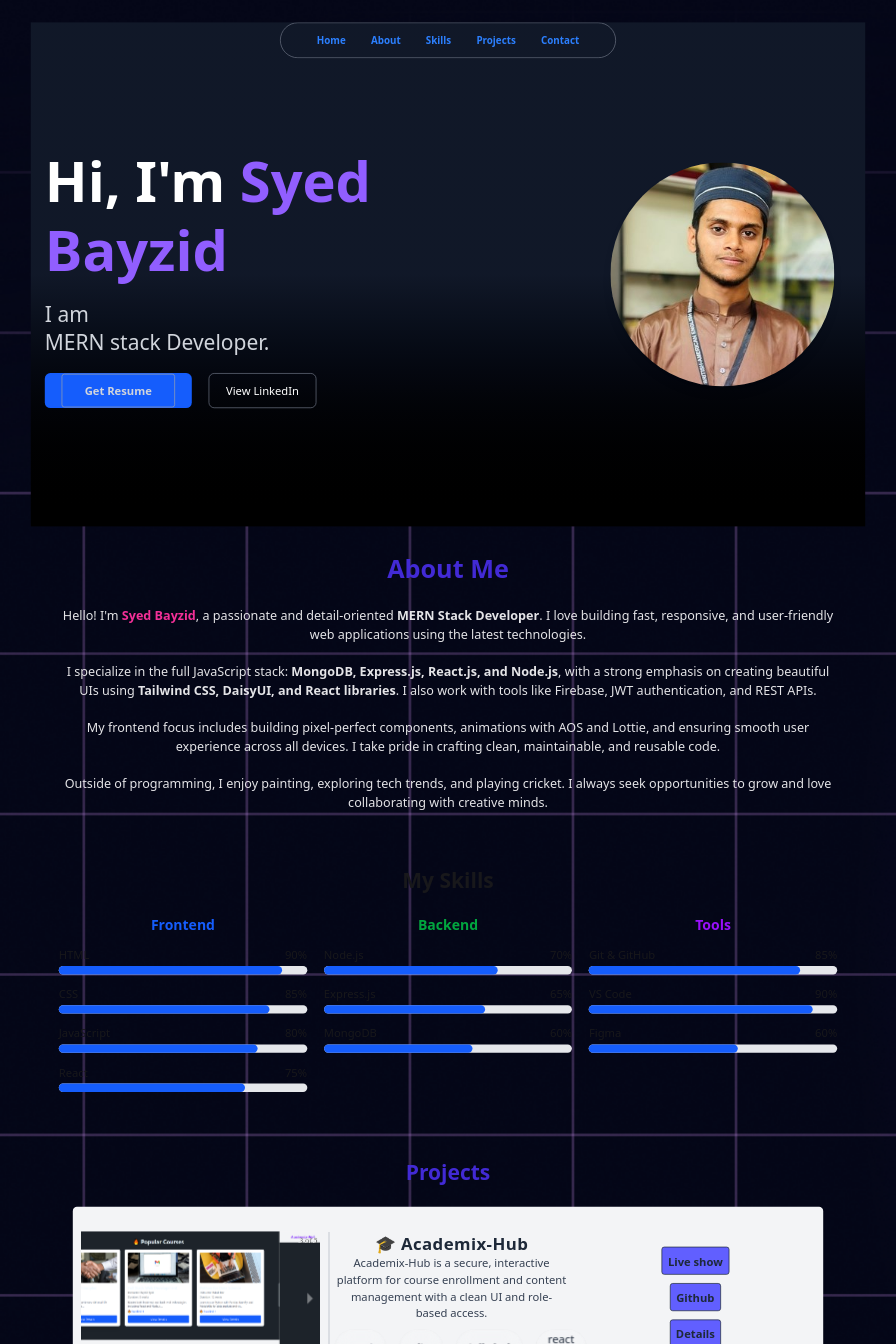
Repository: syedbayzid82849/syed-bayzid
Page: /
These files come from the project's save history. The page is drawn as it stood at one moment and after the next save; the edit follows.
The browser window is 1280 px wide. The pictures show the part of the page from y = 0 to 1920 px (the page is 2972 px tall), at 70% of full size.
The project was rebuilt for these pictures with package versions that can differ from the ones it lists, and the page was loaded fresh each time. Also part of the build but not shown: vite.config.js, src/App.jsx.

Above is the page before, as saved 2025-08-11 16:56:48.

### index.html
<!doctype html>
<html lang="en">

<head>
  <meta charset="UTF-8" />
  <meta name="viewport" content="width=device-width, initial-scale=1.0" />
  <title>Syed Bayzid</title>
</head>

<body>
  <div id="root"
    style="background-image: url('/src/assets/hero-bg.png'); background-size: cover; background-position: center; min-height: 100vh;">
  </div>
  <script type="module" src="/src/main.jsx"></script>
</body>

</html>

### src/main.jsx
import { StrictMode } from 'react'
import { createRoot } from 'react-dom/client'
import './index.css'
import App from './App.jsx'
import router from './Router/Root/router.jsx'
import { RouterProvider } from 'react-router'

createRoot(document.getElementById('root')).render(
  <StrictMode>
    <div className="max-w-7xl mx-auto"
    >
      <RouterProvider router={router} />
    </div>
  </StrictMode>,
)

### src/index.css
@import "tailwindcss";
@plugin "daisyui";

html {
  scroll-behavior: smooth;
}

/* @layer base {
  :root {
    --background: 222 47% 3%;
    --foreground: 210 40% 98%;
  }

  .dark {
    --background: 222 47% 3%;
    --foreground: 210 40% 98%;
  }
}

@layer base {
  * {
    @apply border-border;
  }

  body {
    @apply bg-background text-foreground font-sans;
  }
}

@layer components {
  .hero-gradient {
    background: var(--gradient-hero);
  }

  .code-block {
    background: var(--gradient-code);
    @apply border border-muted rounded-lg p-3 font-code text-sm;
  }
} */
@layer base {
  :root {
    --hero-primary: 271 81% 56%;
    --hero-secondary: 193 76% 56%;
    --hero-accent: 142 76% 36%;
    --card: 222 47% 5%;
    --card-foreground: 210 40% 98%;
    --muted: 217 33% 17%;
    --muted-foreground: 215 20% 65%;
    --accent: 193 76% 56%;
    --accent-foreground: 222 47% 3%;
  }
}

### src/Router/Root/router.jsx
import React from 'react';
import { createBrowserRouter } from 'react-router';
import HomeLayout from '../../Layouts/HomeLayout/HomeLayout';

const router = createBrowserRouter([
    {
        path: "/",
        element: <HomeLayout></HomeLayout>
    },
]);

export default router;

### src/Layouts/HomeLayout/HomeLayout.jsx
import React from 'react';
import Hero from '../../Components/HomeComponents/Hero';
import AboutMe from '../../Components/AboutMe/AboutMe';
import SkillsSection from '../../Components/SkillsSection/SkillsSection';
import MainProjectsSection from '../../Components/Projects/MainProjectsSection/MainProjectsSection';
import ContactInfo from '../../Components/ContactInfo/ContactInfo';
import Footer from '../../Components/Footer/Footer';
import Navbar from '../../Components/HomeComponents/Navbar/Navbar';

const HomeLayout = () => {
    return (
        <div className='px-3'>
            <Navbar></Navbar>
            <Hero></Hero>
            <AboutMe></AboutMe>
            <SkillsSection></SkillsSection>
            <MainProjectsSection></MainProjectsSection>
            <ContactInfo></ContactInfo>
            <Footer></Footer>
        </div>
    );
};

export default HomeLayout;

### src/Components/HomeComponents/Hero.jsx
import React from 'react';
import toast from 'react-hot-toast';
import { styles } from '../../../style';
import mainProfile from '../../assets/SB.jpg';
import { motion } from 'framer-motion';

const Hero = () => {
    const handleResumeDownload = () => {
        toast.success('Downloading Resume...');
    };

    return (
        <section
            id="home"
            className="bg-gradient-to-b from-gray-900 via-gray-900 to-black text-white transition-colors duration-300 min-h-screen flex items-center"
        >
            <div className="container mx-auto flex flex-col-reverse lg:flex-row items-center justify-between px-5 sm:py-12 gap-10">
                {/* Left Text Content */}
                <motion.div
                    initial={{ opacity: 0, y: 40 }}
                    animate={{ opacity: 1, y: 0 }}
                    transition={{ duration: 0.8 }}
                    className="space-y-6"
                >
                    <div className="max-w-lg text-center lg:text-left space-y-6">
                        <h1 className={`${styles.heroHeadText} text-white`}>
                            Hi, I'm <span className="text-[#915EFF]">Syed Bayzid</span>
                        </h1>
                        <p className={`${styles.heroSubText} mt-2 text-gray-300`}>
                            I am <br className="sm:block hidden" />
                            MERN stack Developer.
                        </p>

                        <div className="flex justify-center lg:justify-start gap-6 mt-6">
                            <motion.button
                                whileHover={{ scale: 1.05 }}
                                whileTap={{ scale: 0.95 }}
                                className="px-6 py-3 bg-blue-600 rounded-lg font-medium hover:bg-blue-700 transition"
                            >
                                <a
                                    href="/CV of Syed Bayzid.pdf"
                                    download
                                    target="_blank"
                                    rel="noopener noreferrer"
                                    onClick={handleResumeDownload}
                                    className="px-8 py-3 font-semibold border border-gray-400 rounded text-gray-300 hover:bg-[#915EFF] hover:text-white transition"
                                >
                                    Get Resume
                                </a>
                            </motion.button>
                            <motion.button
                                whileHover={{ scale: 1.05 }}
                                whileTap={{ scale: 0.95 }}
                                className="px-6 py-3 border border-gray-500 rounded-lg font-medium hover:bg-gray-800 transition"
                            >
                                <a
                                    href="https://www.linkedin.com/in/syed-bayzid-b91343329/"
                                    target="_blank"
                                    rel="noopener noreferrer"
                                >
                                    View LinkedIn
                                </a>
                            </motion.button>

                        </div>
                    </div>
                </motion.div>


                {/* Right Image */}
                <div className="flex items-center justify-center p-6 h-72 sm:h-80 lg:h-96 xl:h-[28rem] 2xl:h-[32rem]">
                    <img
                        src={mainProfile}
                        alt="Syed Bayzid Profile"
                        className="rounded-full object-cover w-64 h-64 sm:w-72 sm:h-72 lg:w-80 lg:h-80 shadow-lg"
                    />
                </div>
            </div>
        </section>
    );
};

export default Hero;

// {/* Left Content */}
// <motion.div
//     initial={{ opacity: 0, y: 40 }}
//     animate={{ opacity: 1, y: 0 }}
//     transition={{ duration: 0.8 }}
//     className="space-y-6"
// >
//     <h1 className="text-4xl md:text-6xl font-bold leading-tight">
//         Build Your Dream with <span className="text-blue-500">Creativity</span>
//     </h1>
//     <p className="text-gray-300 max-w-md">
//         A short inspiring description that matches your service.
//         Showcase your brand with engaging animations and stunning visuals.
//     </p>

//     <div className="flex gap-4">

//             Get Started
//         </motion.button>


//             Learn More
//         </motion.button>
//     </div>
// </motion.div>

// {/* Right Image */}

//     <img
//         src="https://via.placeholder.com/500"
//         alt="Hero Graphic"
//         className="w-full max-w-md rounded-xl shadow-lg"
//     />
// </motion.div>

### src/Components/AboutMe/AboutMe.jsx
// src/components/AboutMe.jsx
import React from 'react';

const AboutMe = () => {
    return (
        <section id="about" className="px-5 max-w-6xl py-10 mx-auto md:px-5 ">
            <h2 className="text-4xl font-bold text-center mb-8 text-primary">About Me</h2>
            <div className=" mx-auto text-lg text-neutral-content space-y-6">
                <p>
                    Hello! I'm <span class="font-semibold text-secondary">Syed Bayzid</span>, a passionate and detail-oriented <strong>MERN Stack Developer</strong>. I love building fast, responsive, and user-friendly web applications using the latest technologies.
                </p>
                <p>
                    I specialize in the full JavaScript stack: <strong>MongoDB, Express.js, React.js, and Node.js</strong>, with a strong emphasis on creating beautiful UIs using <strong>Tailwind CSS, DaisyUI, and React libraries</strong>. I also work with tools like Firebase, JWT authentication, and REST APIs.
                </p>
                <p>
                    My frontend focus includes building pixel-perfect components, animations with AOS and Lottie, and ensuring smooth user experience across all devices. I take pride in crafting clean, maintainable, and reusable code.
                </p>
                <p>
                    Outside of programming, I enjoy painting, exploring tech trends, and playing cricket. I always seek opportunities to grow and love collaborating with creative minds.
                </p>
            </div>
        </section>
    );
};

export default AboutMe;

### src/Components/SkillsSection/SkillsSection.jsx
import React from 'react';

const SkillsSection = () => {
    const frontendSkills = [
        { name: 'HTML', level: 90 },
        { name: 'CSS', level: 85 },
        { name: 'JavaScript', level: 80 },
        { name: 'React', level: 75 },
    ];

    const backendSkills = [
        { name: 'Node.js', level: 70 },
        { name: 'Express.js', level: 65 },
        { name: 'MongoDB', level: 60 },
    ];

    const tools = [
        { name: 'Git & GitHub', level: 85 },
        { name: 'VS Code', level: 90 },
        { name: 'Figma', level: 60 },
    ];

    const renderSkillBar = (skill) => (
        <div key={skill.name} className="mb-4">
            <div className="flex justify-between mb-1">
                <span>{skill.name}</span>
                <span>{skill.level}%</span>
            </div>
            <div className="w-full bg-gray-200 rounded-full h-3">
                <div
                    className="bg-blue-600 h-3 rounded-full"
                    style={{ width: `${skill.level}%` }}
                ></div>
            </div>
        </div>
    );

    return (
        <section id="skills" className="py-10 px-5 max-w-6xl mx-auto">
            <h2 className="text-3xl font-bold text-center mb-8">My Skills</h2>
            <div className="grid md:grid-cols-3 gap-6">
                <div>
                    <h3 className="text-xl font-semibold mb-4 text-blue-600">Frontend</h3>
                    {frontendSkills.map(renderSkillBar)}
                </div>
                <div>
                    <h3 className="text-xl font-semibold mb-4 text-green-600">Backend</h3>
                    {backendSkills.map(renderSkillBar)}
                </div>
                <div>
                    <h3 className="text-xl font-semibold mb-4 text-purple-600">Tools</h3>
                    {tools.map(renderSkillBar)}
                </div>
            </div>
        </section>
    );
};

export default SkillsSection;

### src/Components/ContactInfo/ContactInfo.jsx
import React from 'react';
import { MdEmail, MdPhone, MdWhatsapp } from 'react-icons/md';

const ContactInfo = () => {
    return (
        <section id='contact' className="py-6 text-slate-100 transition-colors duration-300">
            <h1 className="text-4xl font-bold text-center mb-6 text">Contact</h1>
            <div className="grid max-w-6xl grid-cols-1 px-6 mx-auto lg:px-8 md:grid-cols-2 md:divide-x divide-gray-300 dark:divide-gray-700">
                <div className="py-6 md:py-0 md:px-6">
                    <h2 className="text-3xl font-bold mb-6">Contact Information</h2>
                    <p className="pt-2 pb-4">Fill in the form to start a conversation</p>
                    <div className="space-y-6 text-left">
                        <div className="flex items-center gap-4">
                            <MdEmail className="text-2xl text-blue-600" />
                            <a href="mailto:husains82849@gmail.com" className="text-lg hover:underline">
                                husains82849@gmail.com
                            </a>
                        </div>

                        <div className="flex items-center gap-4">
                            <MdPhone className="text-2xl text-green-600" />
                            <a href="tel:+8801703480840" className="text-lg hover:underline">
                                +880 1703 380 840
                            </a>
                        </div>

                        <div className="flex items-center gap-4">
                            <MdWhatsapp className="text-2xl text-green-500" />
                            <a href="https://wa.me/8801703480840" target="_blank" rel="noopener noreferrer" className="text-lg hover:underline">
                                WhatsApp Me
                            </a>
                        </div>
                    </div>
                </div>

                <form noValidate className="flex flex-col py-6 space-y-6 md:py-0 md:px-6">
                    <label className="block">
                        <span className="mb-1 block">Full name</span>
                        <input
                            type="text"
                            placeholder="Leroy Jenkins"
                            className="py-2 w-full rounded-md shadow-sm focus:ring focus:ring-opacity-75 focus:ring-blue-400 dark:focus:ring-blue-500 bg-white dark:bg-gray-800 border border-gray-300 dark:border-gray-700 text-black dark:text-white"
                        />
                    </label>
                    <label className="block">
                        <span className="mb-1 block">Email address</span>
                        <input
                            type="email"
                            placeholder="leroy@jenkins.com"
                            className="py-2 w-full rounded-md shadow-sm focus:ring focus:ring-opacity-75 focus:ring-blue-400 dark:focus:ring-blue-500 bg-white dark:bg-gray-800 border border-gray-300 dark:border-gray-700 text-black dark:text-white"
                        />
                    </label>
                    <label className="block">
                        <span className="mb-1 block">Message</span>
                        <textarea
                            rows="3"
                            className="w-full rounded-md shadow-sm focus:ring focus:ring-opacity-75 focus:ring-blue-400 dark:focus:ring-blue-500 bg-white dark:bg-gray-800 border border-gray-300 dark:border-gray-700 text-black dark:text-white"
                        ></textarea>
                    </label>
                    <button
                        type="button"
                        className="self-center px-8 py-3 text-lg rounded transition-all duration-300 bg-blue-500 text-white hover:bg-white hover:text-black border border-blue-500 dark:hover:bg-gray-100 dark:hover:text-black"
                    >
                        Submit
                    </button>
                </form>
            </div>
        </section>
    );
};

export default ContactInfo;

### src/Components/HomeComponents/Navbar/Navbar.jsx
import {  Link } from 'react-router';

const Navbar = () => {
    const links = (
        <>
            <li>
                <a
                    href="#home"
                    className=" text-blue-500 font-bold hover:border-blue-800"
                >
                    Home
                </a>
            </li>
            <li>
                <a
                    href="#about"
                    className=" text-blue-500 font-bold hover:border-blue-800"
                >
                    About
                </a>
            </li>
            <li>
                <a
                    href="#skills"
                    className=" text-blue-500 font-bold hover:border-blue-800"
                >
                    Skills
                </a>
            </li>
            <li>
                <a
                    href="#projects"
                    className=" text-blue-500 font-bold hover:border-blue-800"
                >
                    Projects
                </a>
            </li>
            <li>
                <a
                    href="#contact"
                    className=" text-blue-500 font-bold hover:border-blue-800"
                >
                    Contact
                </a>
            </li>
        </>
    );

    return (
        <div className="Navbar shadow-sm ">
            <div className="Navbar-start w-auto fixed">
                <div className="dropdown">
                    <div tabIndex={0} role="button" className="btn btn-ghost lg:hidden">
                        <svg xmlns="http://www.w3.org/2000/svg" className="h-5 w-5" fill="none" viewBox="0 0 24 24" stroke="currentColor">
                            <path strokeLinecap="round" strokeLinejoin="round" strokeWidth="2" d="M4 6h16M4 12h8m-8 6h16" />
                        </svg>
                    </div>
                    <ul tabIndex={0} className="menu menu-sm dropdown-content bg-base-100 rounded-box z-1 mt-3 w-52 p-2 shadow">
                        {links}
                    </ul>
                </div>
            </div>

            <div className="Navbar-center hidden lg:flex justify-center flex-1 ">
                <ul className="menu menu-horizontal px-10  gap-3 fixed border border-gray-500 rounded-full">
                    {links}
                </ul>
            </div>
        </div>

    );
};

export default Navbar;

Loaded but not shown: src/App.css (common file); style.js (common file); src/Components/Footer/Footer.jsx (58 lines, source omitted); src/Components/Projects/MainProjectsSection/MainProjectsSection.jsx (95 lines, source omitted)

After the next save:
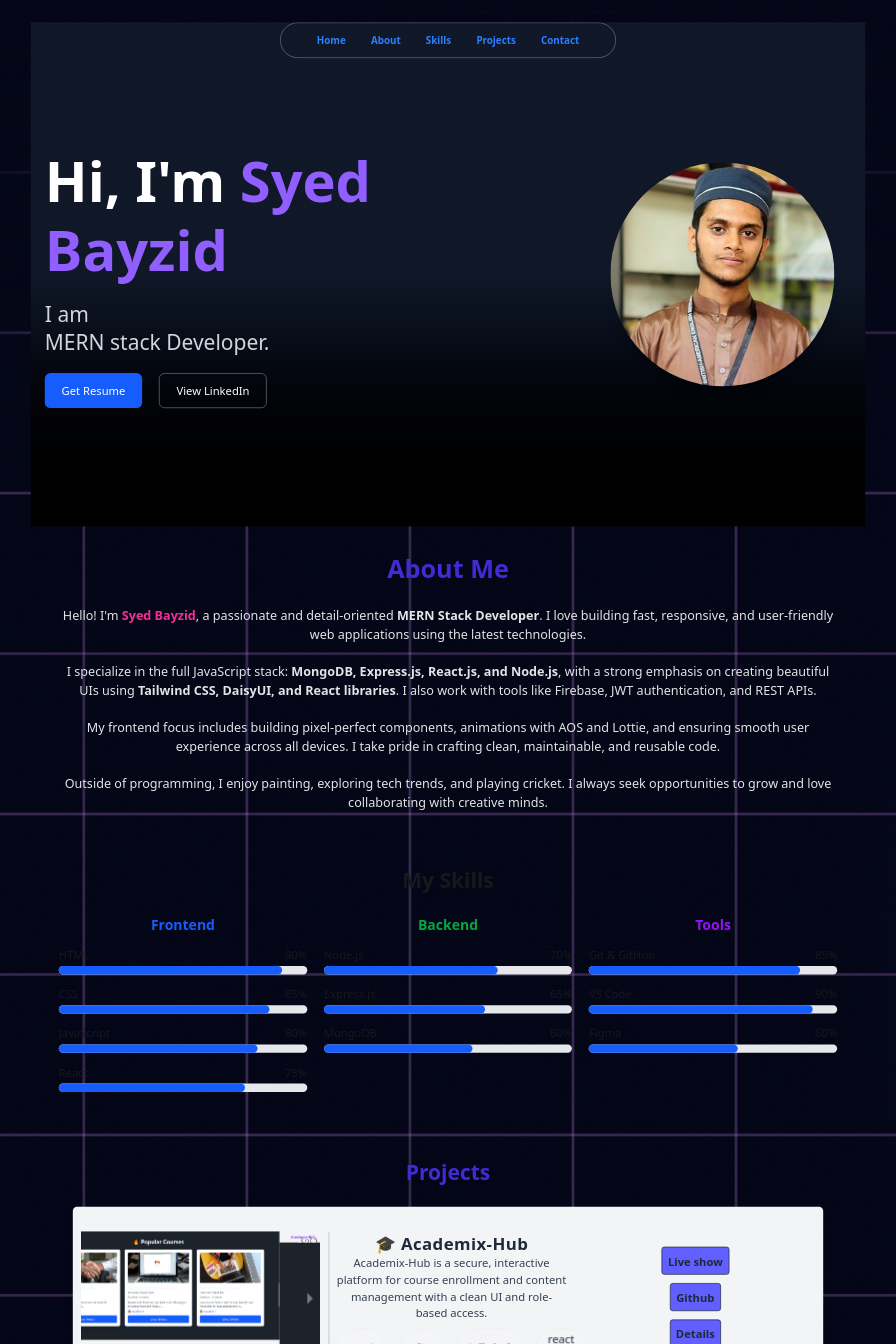
Saved 7 s later.
--- a/src/Components/HomeComponents/Hero.jsx
+++ b/src/Components/HomeComponents/Hero.jsx
@@ -43,7 +43,6 @@ const Hero = () => {
                                     target="_blank"
                                     rel="noopener noreferrer"
                                     onClick={handleResumeDownload}
-                                    className="px-8 py-3 font-semibold border border-gray-400 rounded text-gray-300 hover:bg-[#915EFF] hover:text-white transition"
                                 >
                                     Get Resume
                                 </a>
